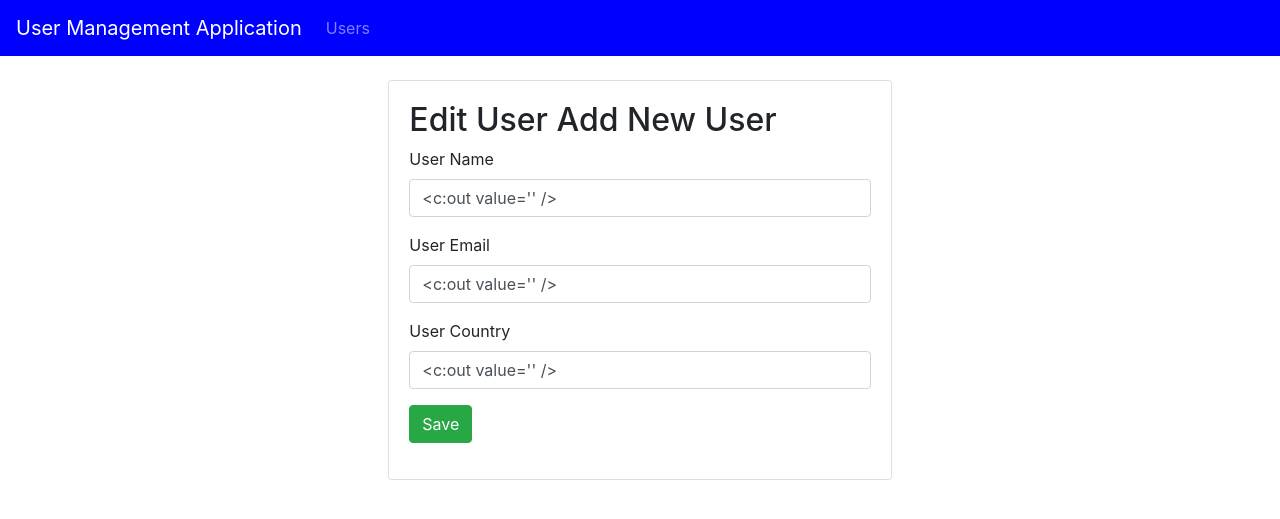
Repository: Annam-Pardha-Saradhi/Servlet-Projects
Page: http://localhost/UserManagement/user-form.jsp
The author's editor kept a copy of each file at every save. The page is drawn from the files as they stood at one save, then again after the next save.
The browser window is 1280 px wide. The pictures show the whole page.
The page is served by Tomcat 10. Other server files are loaded and not shown.

Above is the page before, as saved 2024-09-10 15:11:35.

### servlet_projects/UserManagement/src/main/webapp/user-form.jsp
<%@ page language="java" contentType="text/html; charset=UTF-8"
	pageEncoding="UTF-8"%>
	<%-- <%@ taglib uri="http://java.sun.com/jsp/jstl/core" prefix="c"%> --%>
<html>
<head>
<title>User Management Application</title>
<link rel="stylesheet"
	href="https://stackpath.bootstrapcdn.com/bootstrap/4.3.1/css/bootstrap.min.css"
	integrity="sha384-ggOyR0iXCbMQv3Xipma34MD+dH/1fQ784/j6cY/iJTQUOhcWr7x9JvoRxT2MZw1T"
	crossorigin="anonymous">
</head>
<body>

	<header>
		<nav class="navbar navbar-expand-md navbar-dark"
			style="background-color: blue">
			<div>
				<a href="https://www.xadmin.net" class="navbar-brand"> User Management Application </a>
			</div>

			<ul class="navbar-nav">
				<li><a href="<%=request.getContextPath()%>/list"
					class="nav-link">Users</a></li>
			</ul>
		</nav>
	</header>
	<br>
	<div class="container col-md-5">
		<div class="card">
			<div class="card-body">
				<c:if test="${user != null}">
					<form action="update" method="post">
				</c:if>
				<c:if test="${user == null}">
					<form action="insert" method="post">
				</c:if>

				<caption>
					<h2>
						<c:if test="${user != null}">
            			Edit User
            		</c:if>
						<c:if test="${user == null}">
            			Add New User
            		</c:if>
					</h2>
				</caption>

				<c:if test="${user != null}">
					<input type="hidden" name="id" value="<c:out value='${user.id}' />" />
				</c:if>

				<fieldset class="form-group">
					<label>User Name</label> <input type="text"
						value="<c:out value='${user.name}' />" class="form-control"
						name="name" required="required">
				</fieldset>

				<fieldset class="form-group">
					<label>User Email</label> <input type="text"
						value="<c:out value='${user.email}' />" class="form-control"
						name="email">
				</fieldset>

				<fieldset class="form-group">
					<label>User Country</label> <input type="text"
						value="<c:out value='${user.country}' />" class="form-control"
						name="country">
				</fieldset>

				<button type="submit" class="btn btn-success">Save</button>
				</form>
			</div>
		</div>
	</div>
</body>
</html>

After the next save:
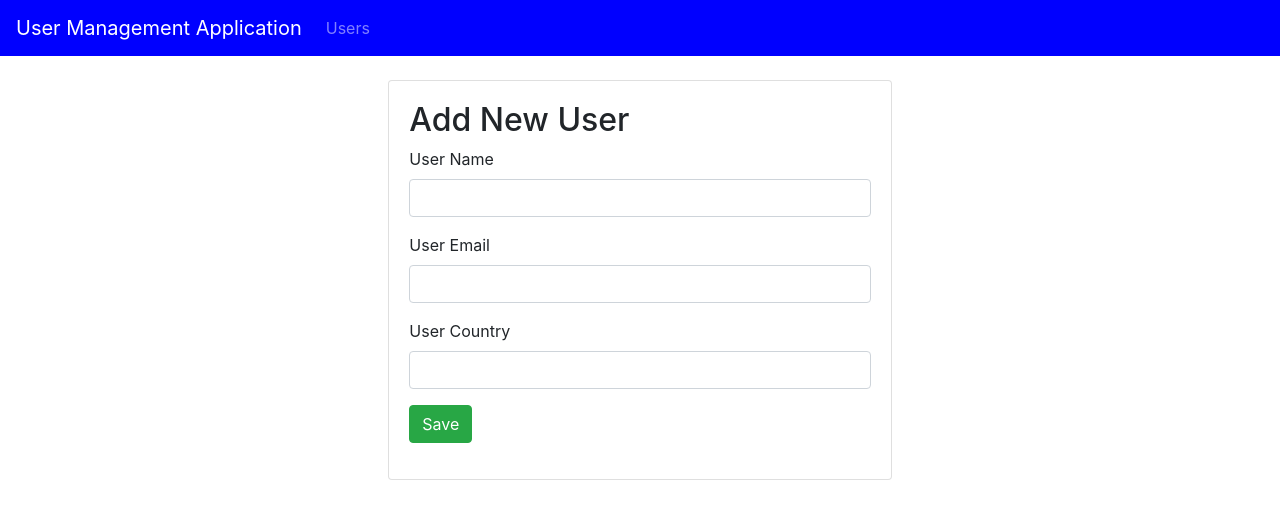
Saved 4 min 10 s later.
--- a/servlet_projects/UserManagement/src/main/webapp/user-form.jsp
+++ b/servlet_projects/UserManagement/src/main/webapp/user-form.jsp
@@ -1,6 +1,6 @@
 <%@ page language="java" contentType="text/html; charset=UTF-8"
 	pageEncoding="UTF-8"%>
-	<%-- <%@ taglib uri="http://java.sun.com/jsp/jstl/core" prefix="c"%> --%>
+	<%@ taglib uri="http://java.sun.com/jsp/jstl/core" prefix="c"%>
 <html>
 <head>
 <title>User Management Application</title>
